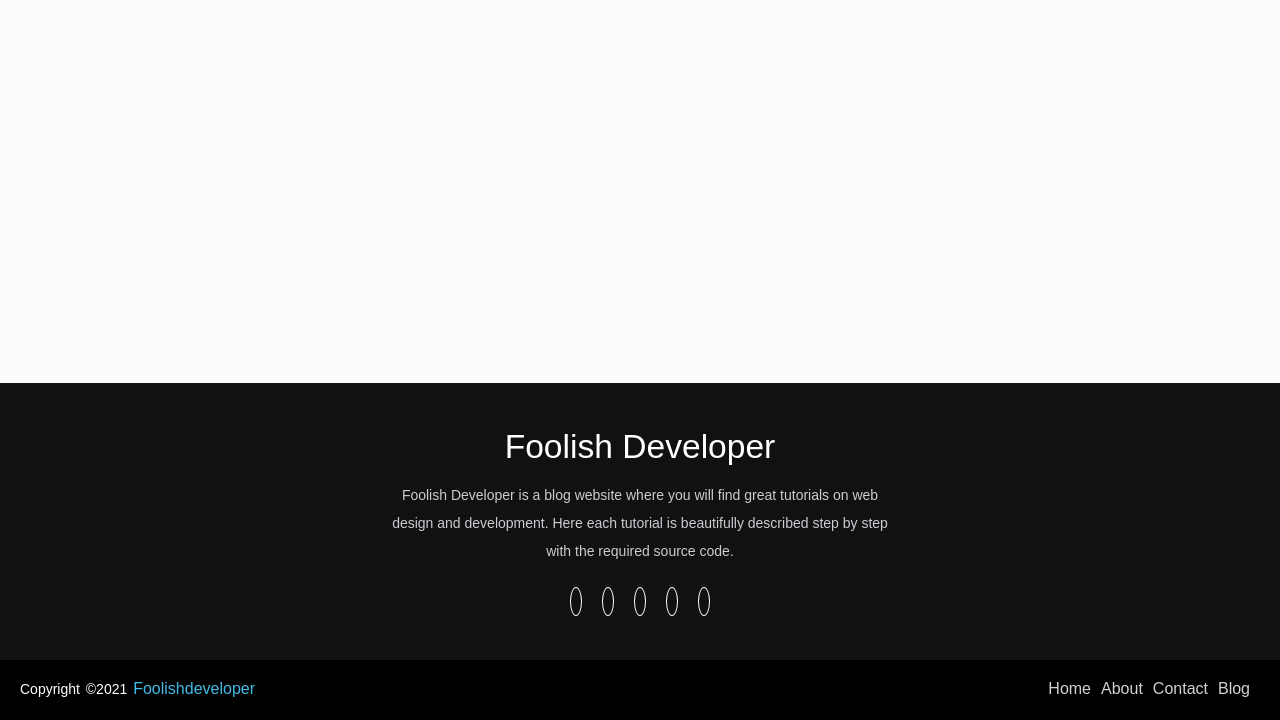
Repository: mcleanka/gym-management-system
Page: index.html
The author's editor kept a copy of each file at every save. The page is drawn from the files as they stood at one save, then again after the next save.
The browser window is 1280 px wide. The pictures show the whole page.

Above is the page before, as saved 2022-07-01 16:58:17.

### index.html
<!DOCTYPE html>
<html lang="en">

<head>
	<meta charset="UTF-8">
	<meta http-equiv="X-UA-Compatible" content="IE=edge">
	<meta name="viewport" content="width=device-width, initial-scale=1.0">
	<title>Home | Gym Management System</title>

	<link rel="stylesheet" href="css/style.css">
	<script src="js/app.js"></script>
</head>

<body>
	<div class="container">
		<div class="wrapper">

			<header id="header">
				<div class="container">

				</div>
			</header>


			<footer>
				<div class="footer-content">
					<h3>Foolish Developer</h3>
					<p>Foolish Developer is a blog website where you will find great tutorials on web design and
						development. Here
						each tutorial is beautifully described step by step with the required source code.</p>
					<ul class="socials">
						<li><a href="#"><i class="fa fa-facebook"></i></a></li>
						<li><a href="#"><i class="fa fa-twitter"></i></a></li>
						<li><a href="#"><i class="fa fa-google-plus"></i></a></li>
						<li><a href="#"><i class="fa fa-youtube"></i></a></li>
						<li><a href="#"><i class="fa fa-linkedin-square"></i></a></li>
					</ul>
				</div>
				<div class="footer-bottom">
					<p>copyright &copy;2021 <a href="#">foolishdeveloper</a> </p>
					<div class="footer-menu">
						<ul class="f-menu">
							<li><a href="">Home</a></li>
							<li><a href="">About</a></li>
							<li><a href="">Contact</a></li>
							<li><a href="">Blog</a></li>
						</ul>
					</div>
				</div>

			</footer>
		</div>
	</div>
</body>

</html>

### css/style.css
     * {
     	margin: 0;
     	padding: 0;
     	box-sizing: border-box;
     }

     *,
     *:after,
     *:before {
     	box-sizing: border-box;
     }

     a {
     	text-decoration: none;
     }

     body {
     	background: #fcfcfc;
     	font-family: sans-serif;
     }

     footer {
     	position: absolute;
     	bottom: 0;
     	left: 0;
     	right: 0;
     	background: #111;
     	height: auto;
     	width: 100vw;

     	padding-top: 40px;
     	color: #fff;
     }

     .footer-content {
     	display: flex;
     	align-items: center;
     	justify-content: center;
     	flex-direction: column;
     	text-align: center;
     }

     .footer-content h3 {
     	font-size: 2.1rem;
     	font-weight: 500;
     	text-transform: capitalize;
     	line-height: 3rem;
     }

     .footer-content p {
     	max-width: 500px;
     	margin: 10px auto;
     	line-height: 28px;
     	font-size: 14px;
     	color: #cacdd2;
     }

     .socials {
     	list-style: none;
     	display: flex;
     	align-items: center;
     	justify-content: center;
     	margin: 1rem 0 3rem 0;
     }

     .socials li {
     	margin: 0 10px;
     }

     .socials a {
     	text-decoration: none;
     	color: #fff;
     	border: 1.1px solid white;
     	padding: 5px;

     	border-radius: 50%;

     }

     .socials a i {
     	font-size: 1.1rem;
     	width: 20px;


     	transition: color .4s ease;

     }

     .socials a:hover i {
     	color: aqua;
     }

     .footer-bottom {
     	background: #000;
     	width: 100vw;
     	padding: 20px;
     	padding-bottom: 40px;
     	text-align: center;
     }

     .footer-bottom p {
     	float: left;
     	font-size: 14px;
     	word-spacing: 2px;
     	text-transform: capitalize;
     }

     .footer-bottom p a {
     	color: #44bae8;
     	font-size: 16px;
     	text-decoration: none;
     }

     .footer-bottom span {
     	text-transform: uppercase;
     	opacity: .4;
     	font-weight: 200;
     }

     .footer-menu {
     	float: right;

     }

     .footer-menu ul {
     	display: flex;
     }

     .footer-menu ul li {
     	padding-right: 10px;
     	display: block;
     }

     .footer-menu ul li a {
     	color: #cfd2d6;
     	text-decoration: none;
     }

     .footer-menu ul li a:hover {
     	color: #27bcda;
     }

     @media (max-width:500px) {
     	.footer-menu ul {
     		display: flex;
     		margin-top: 10px;
     		margin-bottom: 20px;
     	}
     }

### js/app.js
/* Toggle between adding and removing the "responsive" class to topnav when the user clicks on the icon */
function myFunction() {
	var x = document.getElementById("myTopnav");
	if (x.className === "topnav") {
		x.className += " responsive";
	} else {
		x.className = "topnav";
	}
}

After the next save:
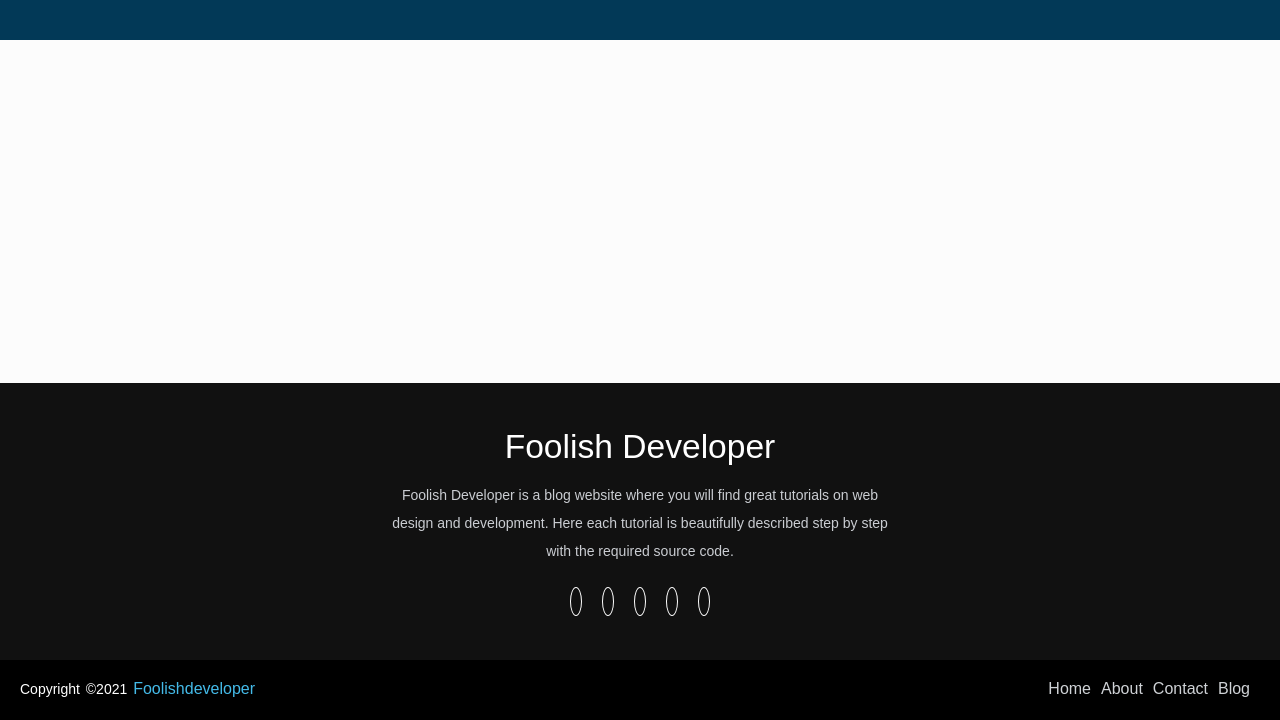
Saved 33 s later.
--- a/css/style.css
+++ b/css/style.css
@@ -17,6 +17,28 @@
      body {
      	background: #fcfcfc;
      	font-family: sans-serif;
+     }
+
+     #header {
+     	padding: 20px 10px;
+     	display: flex;
+     	align-items: center;
+     	justify-content: space-between;
+     	background: #023957;
+     	position: fixed;
+     	left: 0;
+     	top: 0;
+     	width: 100%;
+     }
+
+     .container {
+     	max-width: 1100px;
+     	width: 100%;
+     	margin: 0 auto;
+     	padding: 0 15px;
+     	display: flex;
+     	align-items: center;
+     	justify-content: space-between;
      }
 
      footer {
